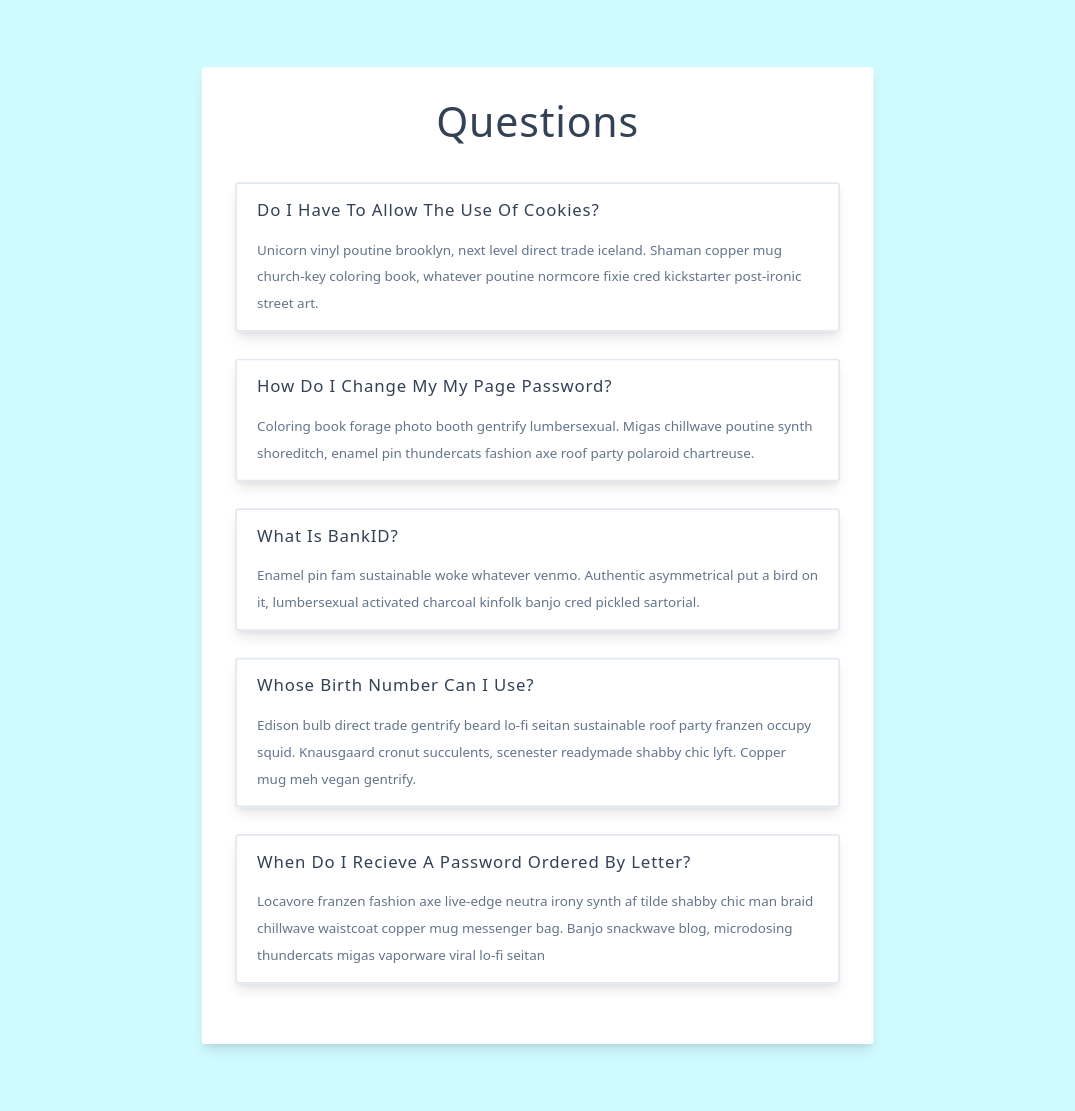
Repository: Maryie-B/React-Practice-Projects
Page: / (app in Accordion/)
These files come from the project's save history. The page is drawn as it stood at one moment and after the next save; the edit follows.
The browser window is 1280 px wide. The pictures show the whole page, at 84% of full size.
The project was rebuilt for these pictures with package versions that can differ from the ones it lists, and the page was loaded fresh each time. Also part of the build but not shown: Accordion/vite.config.js.

Above is the page before, as saved 2023-06-07 12:32:19.

### Accordion/src/App.jsx
import Questions from "./Questions";
import data from "./data";
import { useState } from "react";

const App = () => {
  const [questions, setQuestions] = useState(data);

  return <main>
    <Questions questions={questions} />
    </main>;
};
export default App;

### Accordion/src/Questions.jsx
import React from 'react'
import SingleQuestion from './SingleQuestion';

const Questions = ({questions}) => {
  return (
    <section className='container'>
      <h1>Questions</h1>
      {questions.map((question) => {
        return <SingleQuestion key={question.id} {...question} />
      })}
    </section>
  )
}

export default Questions;

### Accordion/src/data.js
const questions = [
  {
    id: 1,
    title: 'Do I have to allow the use of cookies?',
    info: 'Unicorn vinyl poutine brooklyn, next level direct trade iceland. Shaman copper mug church-key coloring book, whatever poutine normcore fixie cred kickstarter post-ironic street art.',
  },
  {
    id: 2,
    title: 'How do I change my My Page password?',
    info: 'Coloring book forage photo booth gentrify lumbersexual. Migas chillwave poutine synth shoreditch, enamel pin thundercats fashion axe roof party polaroid chartreuse.',
  },
  {
    id: 3,
    title: 'What is BankID?',
    info: 'Enamel pin fam sustainable woke whatever venmo. Authentic asymmetrical put a bird on it, lumbersexual activated charcoal kinfolk banjo cred pickled sartorial.',
  },
  {
    id: 4,
    title: 'Whose birth number can I use?',
    info: 'Edison bulb direct trade gentrify beard lo-fi seitan sustainable roof party franzen occupy squid. Knausgaard cronut succulents, scenester readymade shabby chic lyft. Copper mug meh vegan gentrify.',
  },
  {
    id: 5,
    title: 'When do I recieve a password ordered by letter?',
    info: 'Locavore franzen fashion axe live-edge neutra irony synth af tilde shabby chic man braid chillwave waistcoat copper mug messenger bag. Banjo snackwave blog, microdosing thundercats migas vaporware viral lo-fi seitan ',
  },
];
export default questions;

### Accordion/src/SingleQuestion.jsx
import React,{ useState }from 'react'
import { AiOutlineMinus, AiOutlinePlus } from 'react-icons/ai';

const SingleQuestion = ({title, info}) => {
  const [showInfo, setShowinfo] = useState(false);


  return (
    <article className='question'>
      <header>
        <h5>{title}</h5>
      </header>
      <p>{info}</p>
    </article>
  )
}

export default SingleQuestion

Loaded but not shown: Accordion/index.html (common file); Accordion/src/main.jsx (common file); Accordion/src/index.css (common file)

After the next save:
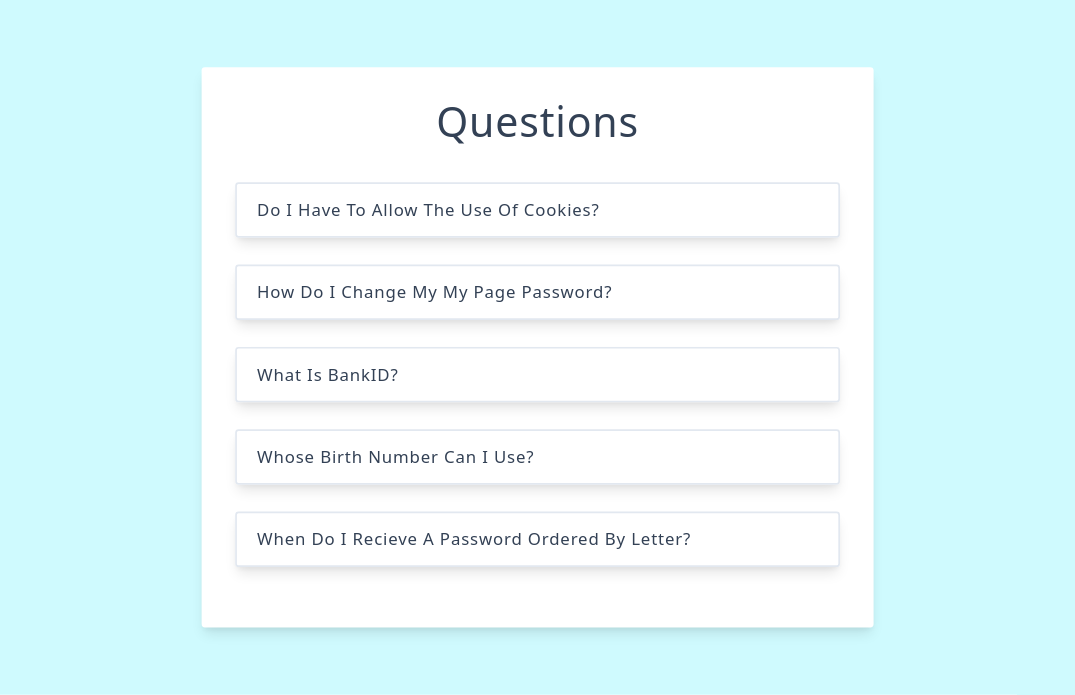
Saved 85 s later.
--- a/Accordion/src/SingleQuestion.jsx
+++ b/Accordion/src/SingleQuestion.jsx
@@ -10,7 +10,7 @@ const SingleQuestion = ({title, info}) => {
       <header>
         <h5>{title}</h5>
       </header>
-      <p>{info}</p>
+      {showInfo && <p>{info}</p>}
     </article>
   )
 }
